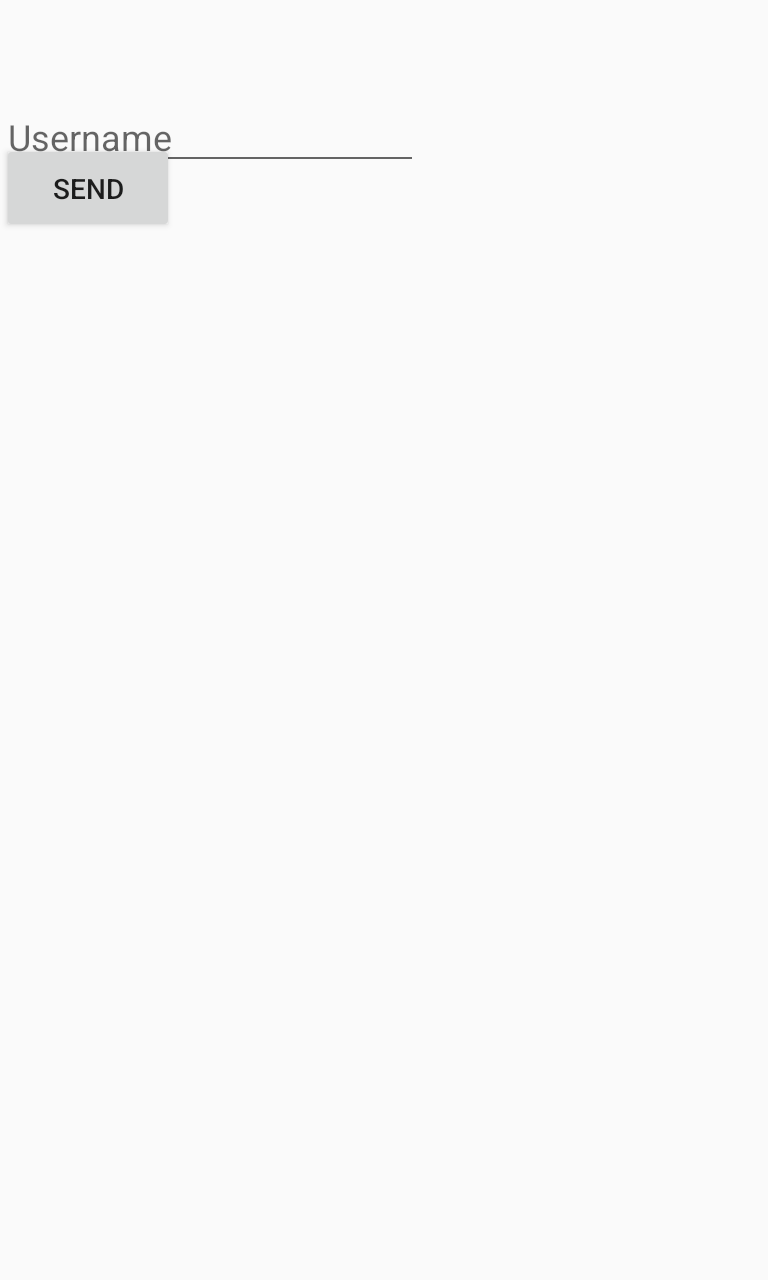
Repository: Sagarsaurus/Ecco
Layout: Ecco/res/layout/activity_home.xml
An editor plug-in stored every save of this project. The layout is shown before and after the next save, followed by the edit.
It is drawn on a 768 x 1280 px phone screen (xhdpi) without system bars, with theme AppTheme; the app's code is not run.

Above is the layout before, as saved 2014-11-17 02:31:08.

After the next save:
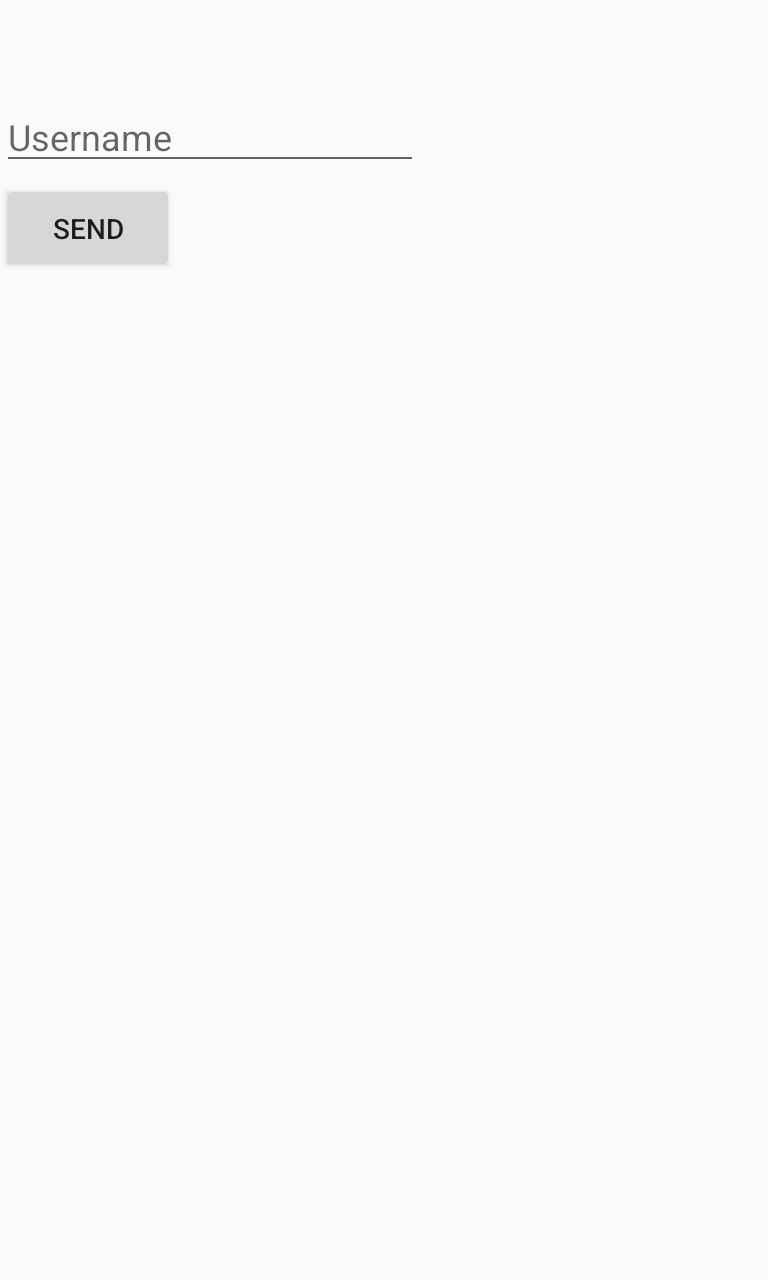
Saved 10 s later.
--- a/Ecco/res/layout/activity_home.xml
+++ b/Ecco/res/layout/activity_home.xml
@@ -29,7 +29,7 @@
             android:id="@+id/sendRequest"
             android:layout_width="wrap_content"
             android:layout_height="wrap_content"
-            android:layout_marginTop="70dp"
+            android:layout_marginTop="90dp"
             android:onClick="sendRequest"
             android:text="Send" />
 
